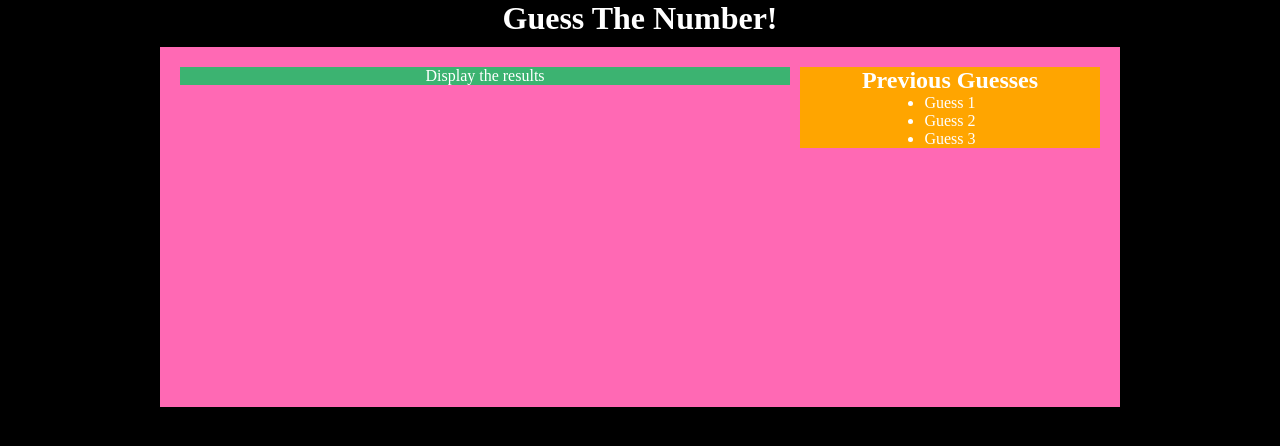
Repository: mlmEFSC21/P14-Guessing-Game
Page: guess.html
The author's editor kept a copy of each file at every save. The page is drawn from the files as they stood at one save, then again after the next save.
The browser window is 1280 px wide. The pictures show the whole page.

Above is the page before, as saved 2022-03-16 20:20:05.

### guess.html
<!DOCTYPE html>
<html lang="en">
    <head>
        <meta charset="UTF-8" />
        <meta http-equiv="X-UA-Compatible" content="IE=edge" />
        <meta name="viewport" content="width=device-width, initial-scale=1.0" />
        <link rel="stylesheet" href="guess.css" />
        <script src="guess.js" defer></script>
        <title>Guessing Game</title>
    </head>
    <body>
        <header>
            <h1 class="pageTitle">Guess The Number!</h1>
        </header>
        <section>
            <div class="gameContainer" id="container">
                <div class="results" id="results">
                    <p>Display the results</p>
                </div>
                <div class="trackGuesses" id="guessContainer">
                    <h2>Previous Guesses</h2>
                    <ul class="guesses" id="guessList">
                        <li>Guess 1</li>
                        <li>Guess 2</li>
                        <li>Guess 3</li>
                    </ul>
                </div>
            </div>
        </section>
    </body>
</html>

### guess.css
*,
*::after,
*::before {
    box-sizing: border-box;
    margin: 0;
    padding: 0;
}
body {
    background-color: black;
    color: white;
}
.pageTitle {
    text-align: center;
}
.gameContainer {
    background-color: hotpink;
    display: grid;
    max-width: 960px;
    height: 50vh;
    margin: 10px auto;
    padding: 20px;
    grid-template-columns: repeat(3, 1fr);
    grid-template-rows: 1fr 1fr;
    grid-auto-rows: minmax(200px, auto);
    gap: 10px;
    align-items: start;
    justify-content: center;
}
.results {
    background-color: mediumseagreen;
    grid-column: 1/3;
    grid-row: 1 / 3;
    display: flex;
    justify-content: center;
    align-items: flex-end;
}
.trackGuesses {
    background-color: orange;
    display: flex;
    flex-direction: column;
    grid-row: 1 / 4;
    align-items: center;
}

### guess.js
let randomNumber = Math.floor(Math.random() * 1000 + 1);
let guesses = [];
let currentGuess;
const results = document.getElementById("results");
const p = document.createElement("p");

function getGuess() {
    currentGuess = parseInt(prompt("Pick a number between 1 and 1000 (inclusive)!"));
}

function checkGuess(guess, rng) {
    while (guess != rng) {
        if (guess == rng) {
            p.innerText = "You won. Good job!";
        } else if (guess < rng) {
            guesses.push(currentGuess);
            p.innerText = "Too low. Try again!";
            results.append(p);
            getGuess();
        } else {
            guesses.push(currentGuess);
            p.innerText = "Too high. Try again!";
            results.append(p);
            getGuess();
        }
    }
}

// getGuess();

// checkGuess(currentGuess, randomNumber);

//logging random number for debugging. DELETE LATER
console.log(randomNumber);
console.log(guesses);
console.log(currentGuess);

After the next save:
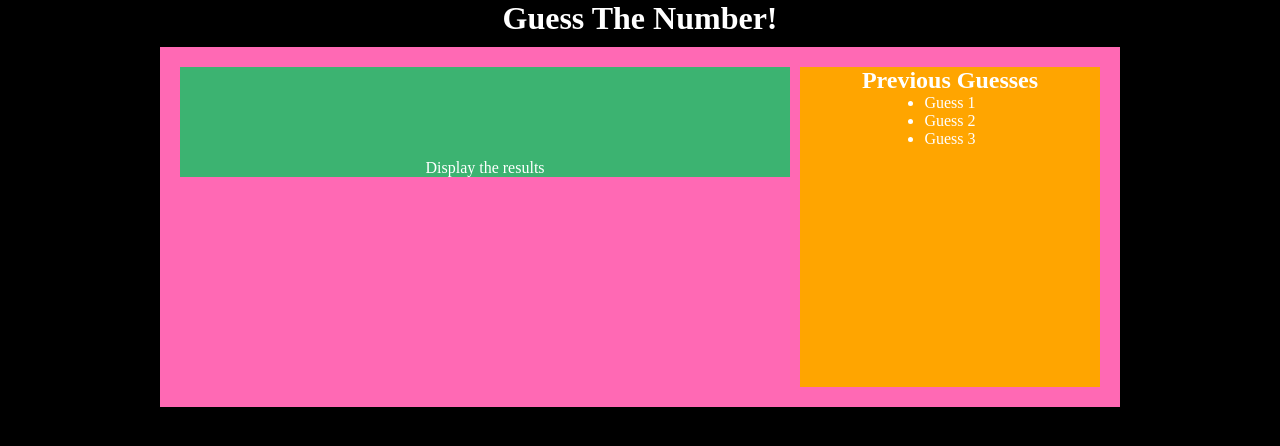
Saved 52 s later.
--- a/guess.css
+++ b/guess.css
@@ -28,9 +28,10 @@ body {
 }
 .results {
     background-color: mediumseagreen;
+    display: flex;
     grid-column: 1/3;
     grid-row: 1 / 3;
-    display: flex;
+    height: 100%;
     justify-content: center;
     align-items: flex-end;
 }
@@ -38,6 +39,7 @@ body {
     background-color: orange;
     display: flex;
     flex-direction: column;
+    height: 100%;
     grid-row: 1 / 4;
     align-items: center;
 }
